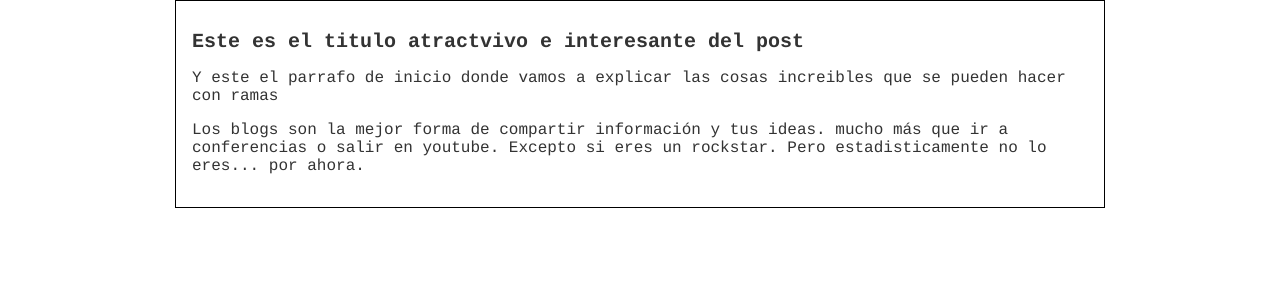
Repository: Areinomora/hiperblog
Page: blogpost.html
These files come from the project's save history. The page is drawn as it stood at one moment and after the next save; the edit follows.
The browser window is 1280 px wide. The pictures show the whole page.

Above is the page before, as saved 2022-12-22 10:21:26.

After the next save:
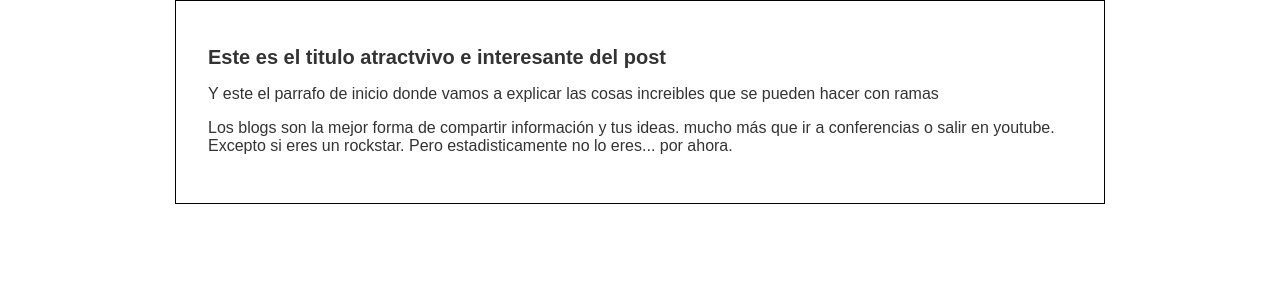
Saved 4 h 38 min later.
--- a/css/estilos.css
+++ b/css/estilos.css
@@ -2,13 +2,30 @@ body
 {
     color:#333;
     text-align:center;
-    font-family:"courier";
+    font-family:"arial";
     font-size: 16 px;
     padding: 0;
     margin: 0;
 
 }
+#cabecera
+{
+    background: #33a;
+    box-shadow: 0px 2px 20px rgba(0,0,0,0.5);
+    color: white;
+    font-weight: bold;
+    margin: 0;
+    padding: 0.5em;
 
+}
+#cabecera #tagline
+{
+    padding: 0,0,0,1em;
+    font-weight: normal;
+    font-size: 0.8em;
+
+
+}
 #container
 {
     width: 70%;
@@ -22,3 +39,7 @@ body
 {
     font-size: 20px;
 }
+#post
+{
+    padding: 1em;
+}
